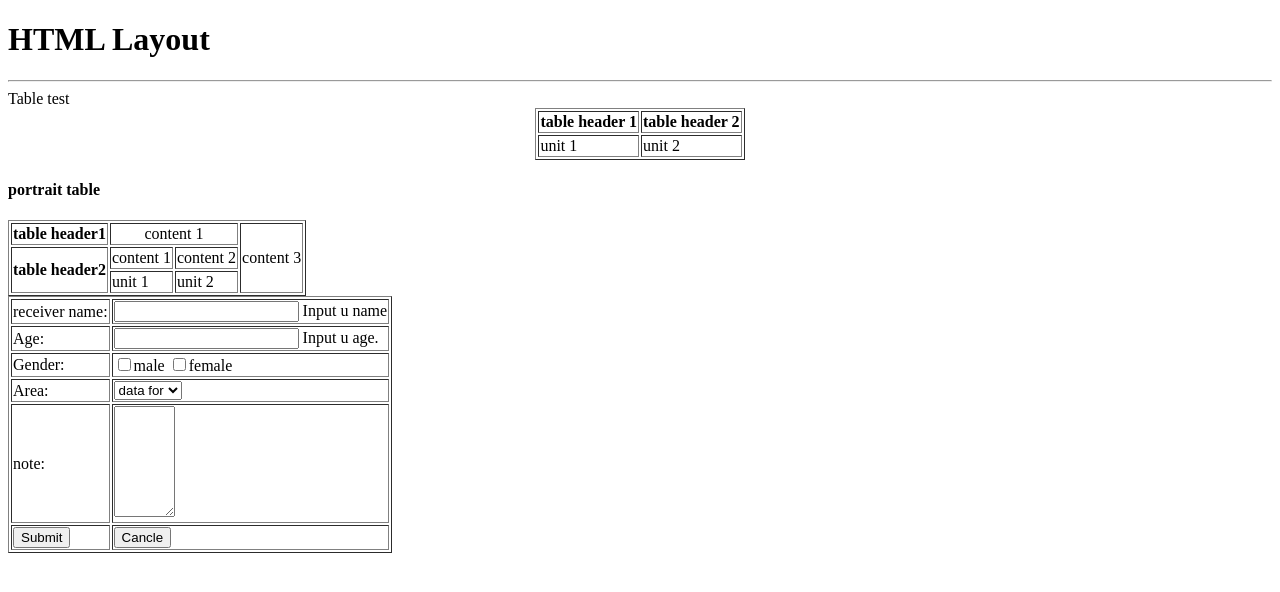
Repository: libelosophy/anjoyo
Page: workspace/QTalk/WebContent/html/table.html
An editor plug-in stored every save of this project. The page is shown before and after the next save, followed by the edit.
The browser window is 1280 px wide. The pictures show the whole page.

Above is the page before, as saved 2013-09-09 12:10:54.

### workspace/QTalk/WebContent/html/table.html
<!DOCTYPE html>
<html>
<head>
<title>HTML Layout</title>
<meta name="author" content="jh">

</head>

<h1>HTML Layout</h1>
<body>
	<hr />


	<table border="1" align="center">
		Table test
		<tr>
			<th>table header 1</th>
			<th>table header 2</th>
		</tr>
		<tr>
			<td>unit 1</td>
			<td>unit 2</td>
		</tr>
	</table>

	<h4>portrait table</h4>
	<table border="1">
		<tr>
			<th>table header1</th>
			<td colspan="2" align="center">content 1</td>
			<td rowspan="3">content 3</td>
		</tr>

		<tr>
			<th rowspan="2">table header2</th>
			<td>content 1</td>
			<td>content 2</td>

		</tr>
		<tr>
			<td>unit 1</td>
			<td>unit 2</td>
		</tr>

	</table>

	<form action="提交到服务器的哪个页面" method="POST|GET">
		<table border="1" cellspcace="2">
			<tr>
				<td>receiver name:</td>
				<td><input type="text" name="name" size="20" /> Input u name</td>
			</tr>

			<tr>
				<td>Age:</td>
				<td><input type="number" name="age" size="20" /> Input u age.</td>
			</tr>

			<tr>
				<td>Gender:</td>
				<td><input type="checkbox" name="gender_male" size="20" />male
					<input type="checkbox" name="gender_female" size="20" />female</td>
			</tr>

			<tr>
				<td>Area:</td>
				<td><select name="date for receiver">
						<option value="tips">data for</option>
						<option value="day1">day 1</option>
						<option value="day2">day 2</option>
				</select></td>
			</tr>

			<tr>
				<td>note:</td>
				<td>
					<textarea  cols="5" rows="7" contenteditable="true" >
				 	</textarea>
				 </td>
			</tr>
			<tr>
				<td><input type="submit" value="Submit" /></td>
				<td><input type="submit" value="Cancle" /></td>
			</tr>

		</table>
	</form>


</body>
</html>

After the next save:
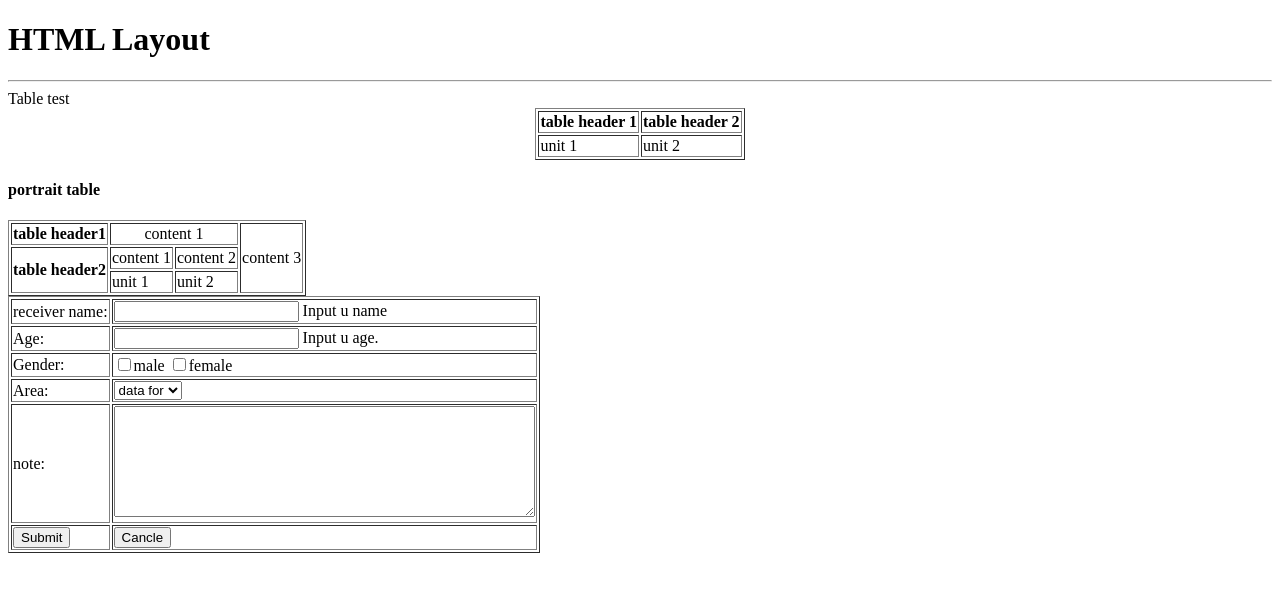
Saved 14 s later.
--- a/workspace/QTalk/WebContent/html/table.html
+++ b/workspace/QTalk/WebContent/html/table.html
@@ -74,7 +74,7 @@
 			<tr>
 				<td>note:</td>
 				<td>
-					<textarea  cols="5" rows="7" contenteditable="true" >
+					<textarea  cols="50" rows="7" contenteditable="true" >
 				 	</textarea>
 				 </td>
 			</tr>
